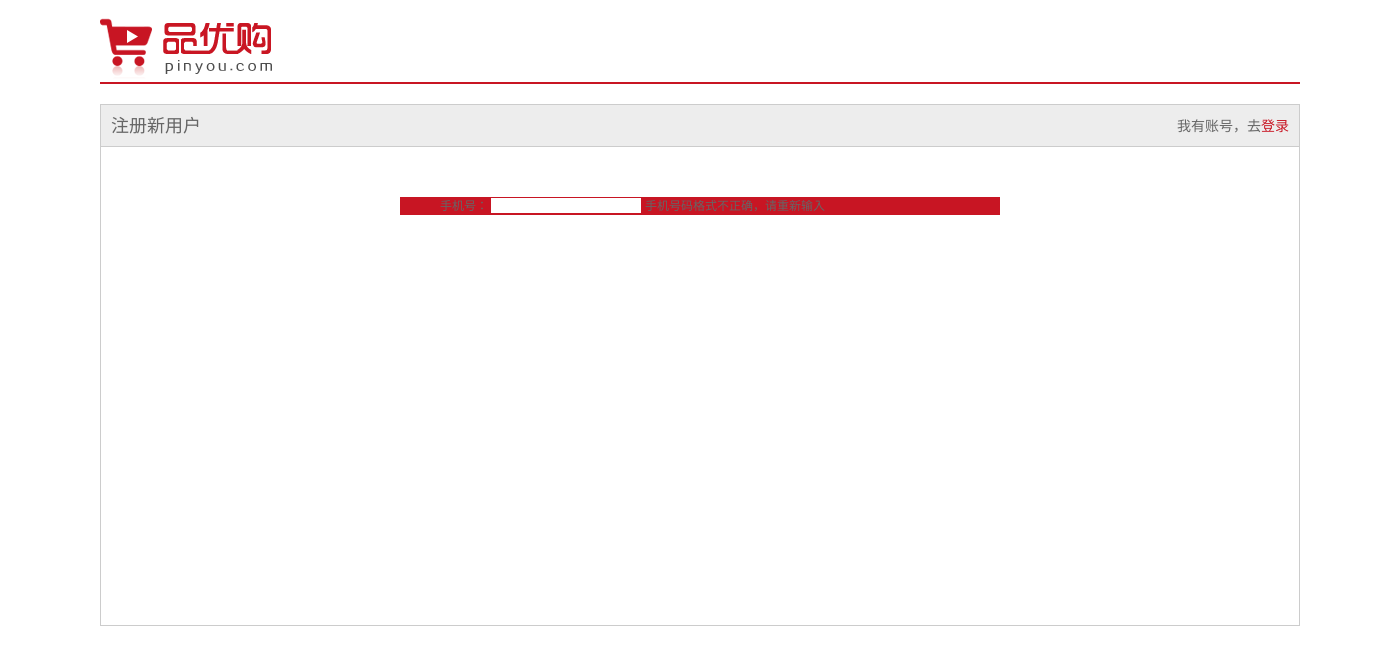
Repository: ywq0312/PinYouGou
Page: register.html
An editor plug-in stored every save of this project. The page is shown before and after the next save, followed by the edit.
The browser window is 1280 px wide. The page is 1400 px wide, so the pictures cover 1400 px, including what lies to the right of the window. The pictures show the whole page.

Above is the page before, as saved 2021-06-28 13:38:30.

### register.html
<!DOCTYPE html>
<html lang="en">
<head>
    <meta charset="UTF-8">
    <meta http-equiv="X-UA-Compatible" content="IE=edge">
    <meta name="viewport" content="width=device-width, initial-scale=1.0">
    <title>个人注册</title>
    <!-- 引入网站favicon图标 -->
    <link rel="shortcut icon" href="pin.ico" />
    <!-- 引入初始化样式文件 -->
    <link rel="stylesheet" href="./css/base.css">
    <!-- 引入注册页面的css样式 -->
    <link rel="stylesheet" href="./css/register.css">
</head>
<body>
    <div class="w">
        <header>
            <div class="logo">
                <a href="index.html"><img src="./images/logo.png" alt=""></a>
            </div>
        </header>
        <div class="registerarea">
            <h3>注册新用户
                <div class="login">我有账号，去<a href="#">登录</a></div>
            </h3>
            <div class="reg-form">
                <ul>
                    <li><label for="">手机号：</label> <input type="text" name="" id=""> <span>手机号码格式不正确，请重新输入</span></li>
                </ul>
            </div>
        </div>
        <footer>

        </footer>
    </div>
</body>
</html>

### css/base.css
/* 把我们所有标签的内外边距清零 */
* {
    margin: 0;
    padding: 0;
    /* css3盒子模型 */
    box-sizing: border-box;
}
/* em 和 i 斜体的文字不倾斜 */
em,
i {
    font-style: normal;
}
/* 去掉li 的小圆点 */
li {
    list-style: none;
}

img {
    /* border 0 照顾低版本浏览器 如果 图片外面包含了链接会有边框的问题 */
    border: 0;
    /* 取消图片底侧有空白缝隙的问题 */
    vertical-align: middle;
}

button {
    /* 当我们鼠标经过button 按钮的时候，鼠标变成小手 */
    cursor: pointer;
}

a {
    color: #666;
    text-decoration: none;
}

a:hover {
    color: #c81623;
}

button,
input {
    /* "\5B8B\4F53" 就是宋体的意思 这样浏览器兼容性比较好 */
    font-family: Microsoft YaHei, Heiti SC, tahoma, arial, Hiragino Sans GB, "\5B8B\4F53", sans-serif;
    /* 默认有灰色边框 需要我们手动去掉 */
    border: 0;
    /* 去掉点击后的蓝色边框 */
    outline: none;
}

body {
    /* CSS3 抗锯齿形 让文字显示的更加清晰 */
    -webkit-font-smoothing: antialiased;
    background-color: #fff;
    font: 12px/1.5 Microsoft YaHei, Heiti SC, tahoma, arial, Hiragino Sans GB, "\5B8B\4F53", sans-serif;
    color: #666;
    min-width: 1400px;
}

.hide,
.none {
    display: none;
}
/* 清除浮动 */
.clearfix:after {
    visibility: hidden;
    clear: both;
    display: block;
    content: ".";
    height: 0;
}

.clearfix {
    *zoom: 1;
}

### css/register.css
/* 注册页面样式 */
.w{
    width: 1200px;
    margin: 0 auto;
}
header{
    height: 84px;
    border-bottom: 2px solid #c81523;
}
header .logo{
    /* 用margin-top会有外边距塌陷问题（因为外面一个大盒子，里面又放了一个小盒子），可以用padding */
    padding-top: 18px;
}
.registerarea{
    height: 522px;
    border: 1px solid #ccc;
    margin-top: 20px;
}
.registerarea h3{
    height: 42px;
    border-bottom: 1px solid #ccc;
    background-color: #ededed;
    line-height: 42px;
    padding: 0 10px;
    font-size: 18px;
    font-weight: 400;
}
.login{
    float: right;
    font-size: 14px;
}
.login a {
    color: #c81523;
}
.reg-form{
    width: 600px;
    background-color: #c81523;
    margin: 50px auto 0;
}
.reg-form ul li label{
    display: inline-block;
    width: 88px;
    text-align: right;
}
.reg-form ul li input

After the next save:
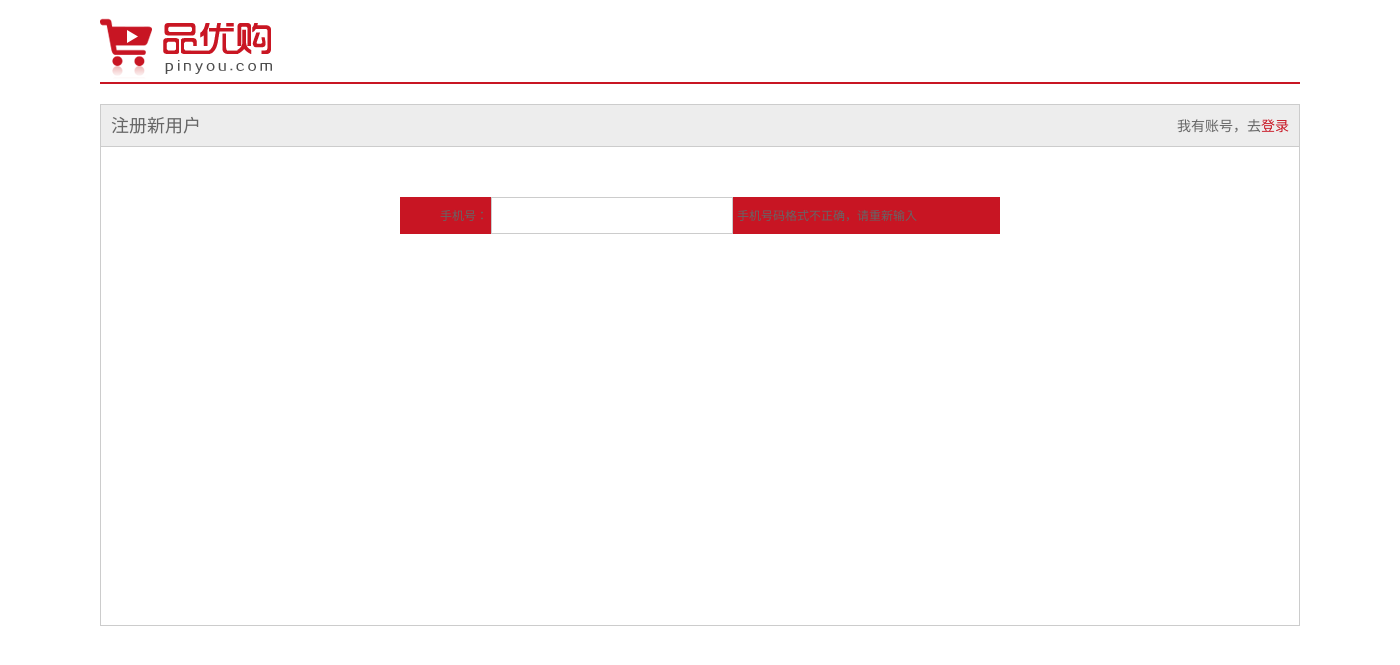
Saved 13 s later.
--- a/css/register.css
+++ b/css/register.css
@@ -42,4 +42,8 @@
     width: 88px;
     text-align: right;
 }
-.reg-form ul li input
+.reg-form ul li input{
+    width: 242px;
+    height: 37px;
+    border: 1px solid #ccc;
+}
